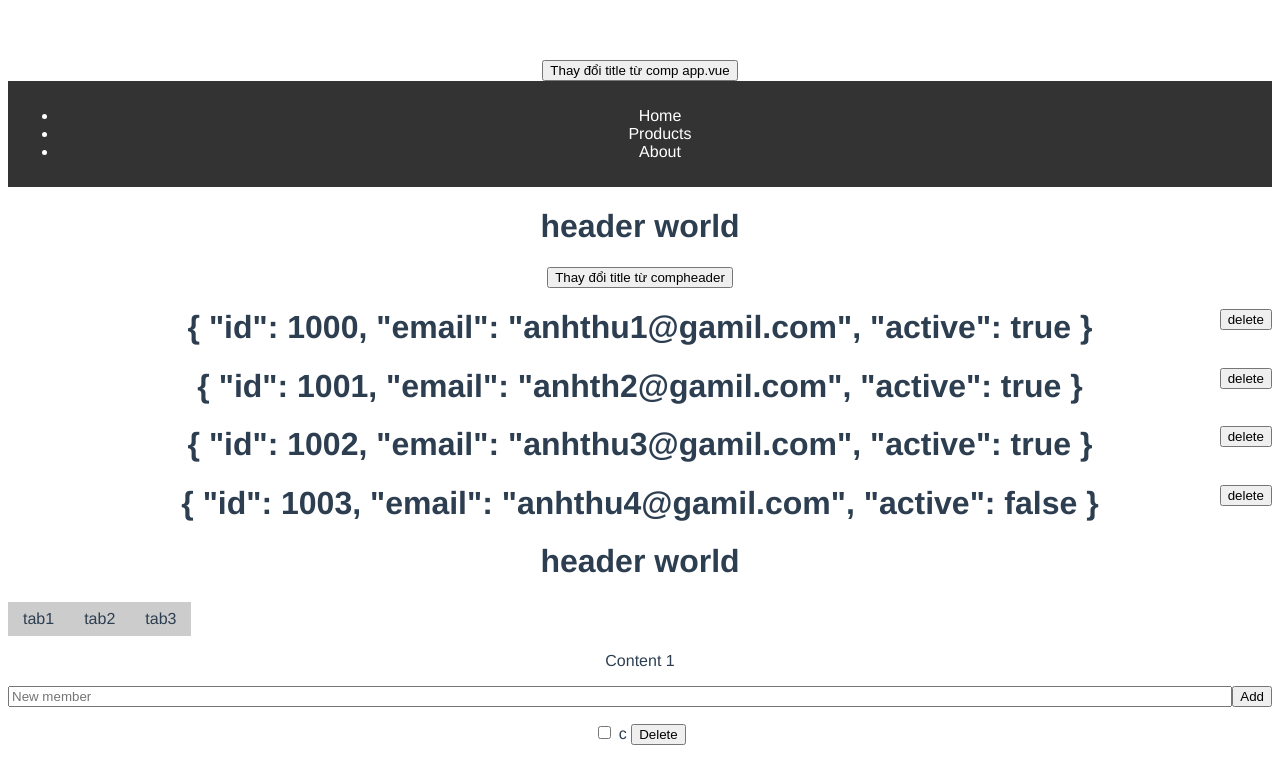
Repository: anhthu112/Todo-list
Page: /
The author's editor kept a copy of each file at every save. The page is drawn from the files as they stood at one save, then again after the next save.
The browser window is 1280 px wide. The pictures show the whole page.
The project was rebuilt for these pictures with package versions that can differ from the ones it lists, and the page was loaded fresh each time. Requests to the local data server were answered from the project's data file. Also part of the build but not shown: vue.config.js.

Above is the page before, as saved 2024-01-31 14:25:57.

### src/App.vue
<template>
  <div class="container">
    <button v-on:click="title='Yoon Jeonghan'">Thay đổi title từ comp app.vue</button>
    <CompHeader v-bind:titles="title"
    v-on:changeTitleEvents="changeTitleEvent"
    />
    <ListUser v-bind:listUser="listUser"
    v-on:deleteEvent="handleDeleteUser"
    />
    <ComFooter v-bind:title="title"/>
    <DemoRef>
      <p>mệt quá em muốn về nhà</p>
    </DemoRef>
  </div>
  <CompTodo/>

</template>

<script>
import CompHeader from './components/CompHeader.vue';
import ComFooter from './components/ComFooter.vue';
import ListUser from './components/ListUser.vue';
import DemoRef from './components/DemoRef.vue';
import CompTodo from './components/CompTodo.vue';

export default {
  name: 'App',
  data(){
    return {
      title:'header world',
      listUser : [
        {id:1000, email:'anhthu1@gamil.com', active: true},
        {id:1001, email:'anhth2@gamil.com', active: true},
        {id:1002, email:'anhthu3@gamil.com', active: true},
        {id:1003, email:'anhthu4@gamil.com', active: false}
      ],

      textSvt: "Seventen",
    }
  },
  components: {
    CompHeader,
    ComFooter,
    ListUser,
    DemoRef,
    CompTodo,
},
  methods:{
    changeTitleEvent(){
      console.log('sucess');
      this.title="Hello Anna";
    },
    handleDeleteUser(data) {
  console.log('mit moi', data);
  this.listUser = this.listUser.filter(a => a.id !== data.id);
  console.log(this.listUser);
}

  }
}
</script>

<style>
#app {
  font-family: Avenir, Helvetica, Arial, sans-serif;
  -webkit-font-smoothing: antialiased;
  -moz-osx-font-smoothing: grayscale;
  text-align: center;
  color: #2c3e50;
  margin-top: 60px;
}
</style>

### src/components/CompHeader.vue
<template>
    <nav>
        <ul class="nav-link">
            <li>Home</li>
            <li>Products</li>
            <li>About</li>
        </ul>
    </nav>
    <header>
        <h1>{{ titles }}</h1>
    </header>
    <button v-on:click="changeHeader">Thay đổi title từ compheader</button>
</template>
<script>
    export default{
        name: 'comp-header',
        props:{
            titles: String,
        },
        data (){
            return {
            }
        },
        methods:{
            changeHeader(){
                console.log('before');
                this.$emit('changeTitleEvents');
                console.log('after');
            }
        }
    }
</script>
<style scoped>
    nav{
        background: #333;
        color: #fff;
        text-align: center;
        padding: 10px;
    }
    .nav ul.nav-link{
        display:flex;
        justify-content: space-around;
        align-items: center;
        list-style: none;
        padding:0;
    }
</style>

### src/components/ComFooter.vue
<template>
    <footer>
            <h1>{{ title }}</h1>
    </footer>

</template>
<script>
    export default{
        name: 'comp-footer',
        props: {
            title: String,
        }
    }
</script>

### src/components/ListUser.vue
<template>
    <div class="list-user">
      <User v-for="users in listUser" v-bind:key="users.id" v-bind:user="users"
      v-on:deleteUsert="deleteUser"
       />
      <h2> {{ text }}</h2>
    </div>
</template>

  <script>
  import User from './User.vue';
  export default {
    name: 'ListUser',
    props: {
      listUser: {
        type: Array,
      },
      text: {
        type: String,
      }
    },
    components: {
      User,
    },
    methods:{
      deleteUser(data){
        this.$emit('deleteEvent', data)
        console.log('delete trong listuser',data)
      }
    }
  };
  </script>

### src/components/DemoRef.vue
<template>
    <CompTask>
        <ul class='tabs-header'>
            <li v-for="(item,index) in tabsHeader"
            v-bind:key="index"
            v-on:click="changeTab(index)"
            v-bind:class="{active: tabActive==index}"
            >{{ item.text }}</li>
        </ul>
        <div class="tab-content tab1" v-if="tabActive === 0">
            <p>Content 1</p>
        </div>
        <div class="tab-content tab2"  v-if="tabActive === 1">
            <p>Content 2</p>
        </div>
        <div class="tab-content tab3"  v-if="tabActive === 2">
            <p>Content 3</p>
        </div>
    </CompTask>
</template>

<script>
import CompTask from './CompTask.vue'
export default {
    name: 'demo-slot',
    components: {
        CompTask
    },
    data(){
        return {
            tabsHeader:[
                {text: 'tab1'},
                {text: 'tab2'},
                {text: 'tab3'},

            ],
            tabActive : 0
        }
    },
    methods: {
            changeTab(index){
                this.tabActive=index;
            }
        }
}
</script>
<style>
    .active{
        background: #000;
    }
</style>

### src/components/CompTodo.vue
<template>
    <div>
        <AddTodo @add-todo="addTodo" />
        <TodoItem
            v-for="todoItem in todo"
            :key="todoItem.id"
            :todoProps="todoItem"
            @item-complete="markComplete"
            @deleteItem="deleteItem(todoItem.id)"
        />
    </div>
</template>

<script>
import TodoItem from './TodoItem.vue';
import AddTodo from './AddTodo.vue';
import axios from 'axios';

export default {
    name: 'ToDo',
    data() {
        return {
            todo: []
        };
    },
    methods: {
        async getAlltodo() {
            try {
                const res = await axios.get('http://localhost:3000/posts');
                this.todo = res.data;
                console.log(res.data);
            } catch (err) {
                console.log(err);
            }
        },
        markComplete(todoItem) {
            console.log(todoItem);
            todoItem.completed = !todoItem.completed;
            console.log(todoItem.completed);
        },
        async deleteItem(itemId) {
            try {
                await axios.delete(`http://localhost:3000/posts/${itemId}`);
                console.log(`Item ${itemId} deleted.`);
                this.todo = this.todo.filter(item => item.id !== itemId);
            } catch (err) {
                console.log(err);
            }
        },
        async addTodo(newTodo) {
            try {
                const res = await axios.post('http://localhost:3000/posts', newTodo);
                console.log("New todo added:", res.data);
                this.todo.push(res.data);
            } catch (err) {
                console.log(err);
            }
        }
    },
    mounted() {
        this.getAlltodo();
    },
    components: {
        TodoItem,
        AddTodo,
    },
};
</script>

<style>
</style>

### src/components/User.vue
<template>
    <div class="user">
        <h1>{{ user }}</h1>
        <button class="delete"
        v-on:click="handleDelete"
        >delete</button>
    </div>
</template>
<script>
    export default {
        name: 'userComponent',
        props:{
            user : {
                type: Object,
            }
        },
        methods:{
            handleDelete(){
                var data ={
                    id: this.user.id
                }
                console.log('hello');
                this.$emit('deleteUsert',data)
            }
        },
        data (){
            return {

            }
        }
    }
</script>
<style>
    .user{
        position: relative;
    }
    .delete{
        position: absolute;
        top:0;
        right:0;
    }
</style>

### src/components/CompTask.vue
<template>
    <h1>{{ title }}</h1>
    <slot></slot>
</template>

<script>
export default {
    name: 'comp-task',
    props:{
        title: String,
    },
    data (){
        return {

        }
    },
    methods: {

    }
}
</script>

<style>
    .tabs-header{
        margin:0;
        padding:0;
        display:flex;
        list-style: none;
    }
    .tabs-header li{
        padding: 8px 15px;
        background: #ccc;
        cursor: pointer;
    }
    .tabs-header li:hover{
        background: #333;
        color:#fff;
    }
</style>

### src/components/TodoItem.vue
<template>
    <p :class="['todo-item', todoProps.completed ? 'is-complete' : '']">
      <input type="checkbox" :checked="todoProps.completed" v-on:change="markItemCompleted"/>
      {{ todoProps.title }}
      <button v-on:click="deleteItem" class="btn-delete">Delete</button>
    </p>
  </template>

  <script>
  export default {
      name: 'todo-item',
      data (){
        return {
          // checkMark: this.todoProps.completed,
        }
      },
      props: ['todoProps'],
      methods:{
        markItemCompleted(){
          this.$emit('item-complete',this.todoProps);
        },
        deleteItem(){
          this.$emit('deleteItem', this.todoProps);
        }
      }

  }
  </script>

  <style>
  .todo-item {
  }

  .is-complete {
      text-decoration: line-through;
  }
  </style>

### src/components/AddTodo.vue
<template>
    <form @submit.prevent="addItem">
      <input type="text" placeholder="New member" v-model="title" @input="check" class="input">
      <input type="submit" value="Add" class="add-btn">
    </form>
  </template>

  <script>
  import { ref } from 'vue';
  import { v4 as uuidv4 } from 'uuid';

  export default {
    name: 'AddTodo',
    setup(props, context) {
      const title = ref('');

      const check = () => {
        console.log(title.value);
      };

      const addItem = event => {
        event.preventDefault();
        const newItem = {
          id: uuidv4(), // Sử dụng uuidv4 từ 'uuid' thay vì 'uuidv4' từ 'uuidv4'
          title: title.value,
          completed: false
        };
        context.emit('add-todo', newItem);
        title.value = '';
      };

      return {
        title,
        check,
        addItem,
      };
    },
  };
  </script>

  <style>
  form {
    display: flex;
  }

  .input[type=text] {
    flex: 10;
  }
  </style>

### db.json
{
  "posts": [
    {
      "id": "487a21aa-0c37-458f-a4a2-1da914d3799c",
      "title": "c",
      "completed": false
    }
  ]
}

Loaded but not shown: public/index.html (common file); src/main.js (common file)

After the next save:
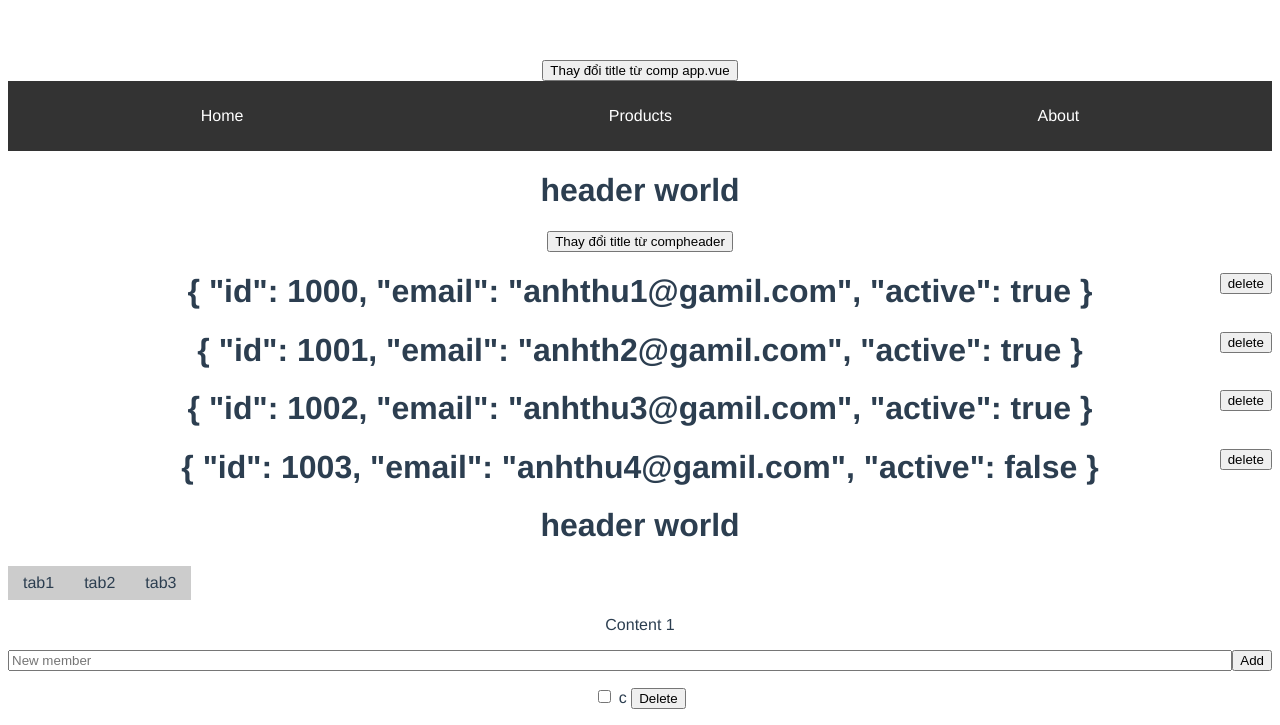
Saved 11 s later.
--- a/src/components/CompHeader.vue
+++ b/src/components/CompHeader.vue
@@ -37,7 +37,7 @@
         text-align: center;
         padding: 10px;
     }
-    .nav ul.nav-link{
+    .nav-link{
         display:flex;
         justify-content: space-around;
         align-items: center;
